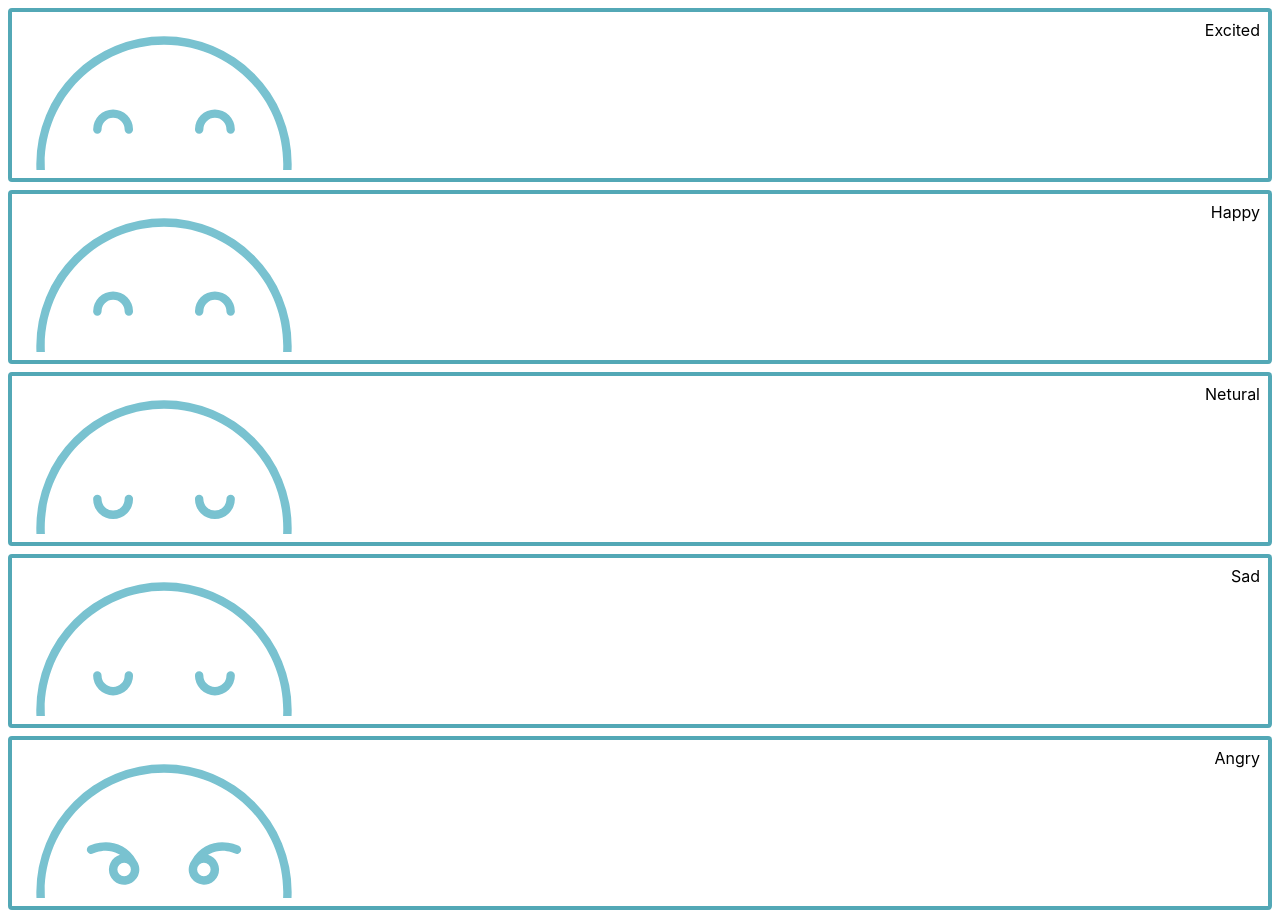
Repository: majakesin/moodify-app
Page: /
An editor plug-in stored every save of this project. The page is shown before and after the next save, followed by the edit.
The browser window is 1280 px wide. The pictures show the whole page.
The project was rebuilt for these pictures with package versions that can differ from the ones it lists, and the page was loaded fresh each time.

Above is the page before, as saved 2023-08-21 11:49:09.

After the next save:
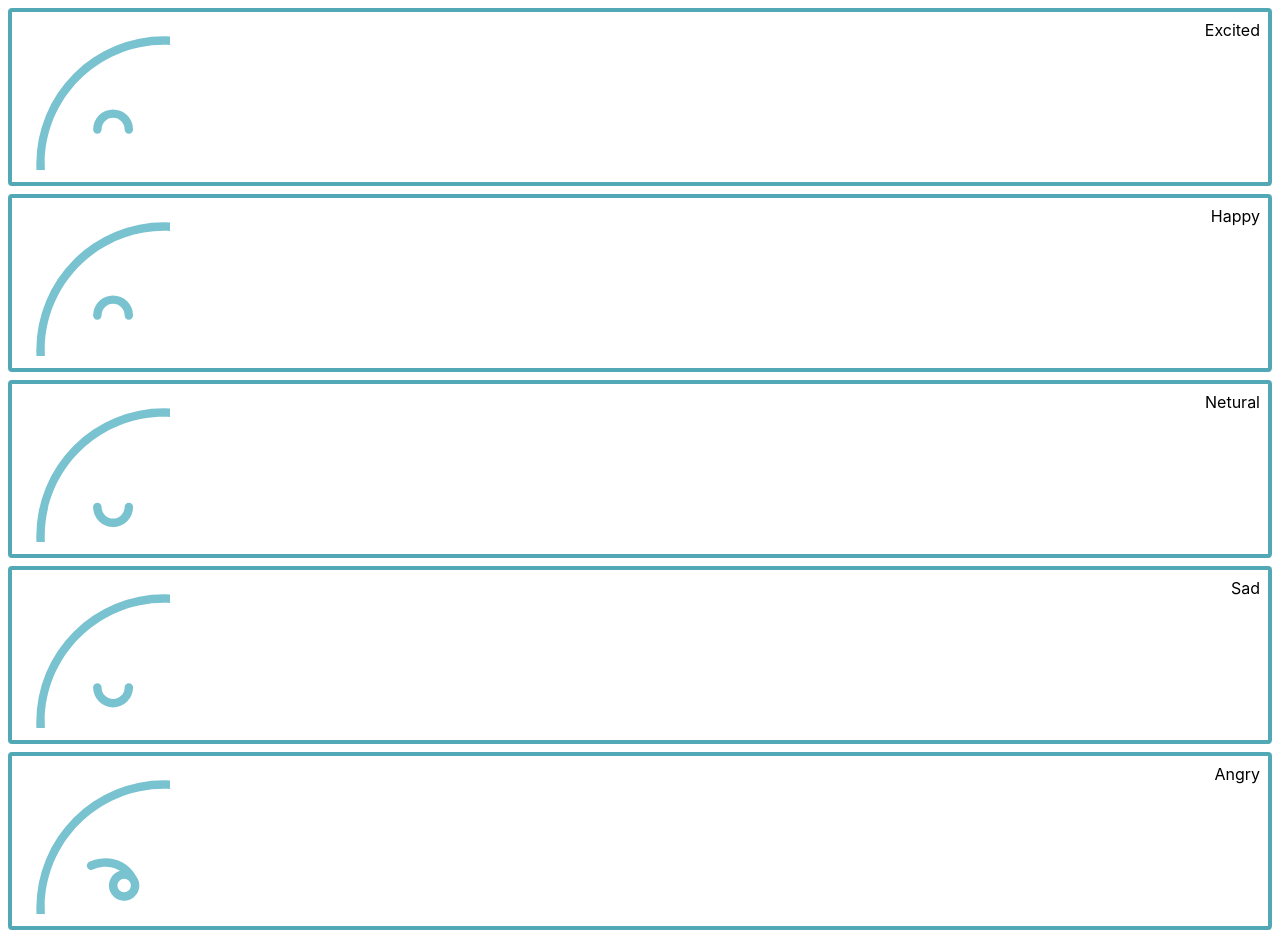
Saved 83 s later.
--- a/src/components/Mood/index.module.css
+++ b/src/components/Mood/index.module.css
@@ -12,6 +12,9 @@
 
 .icon {
     color: var(--third-color);
+}
+
+.icon svg  {
     width: 150px;
     height: 150px;
 }
